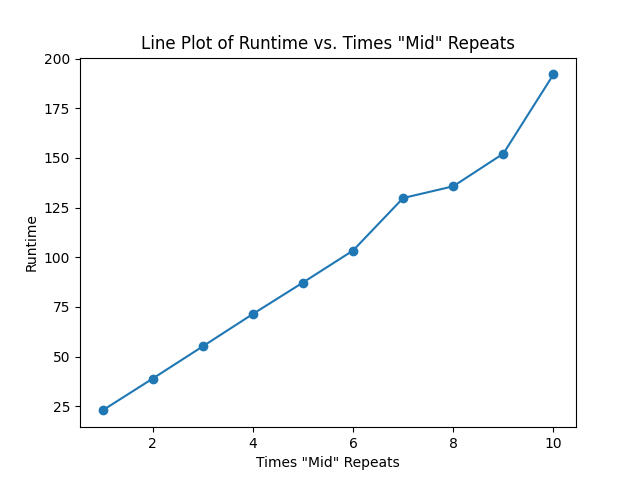
Repository: kingsoneight/CS350-Computer-System
Script's output: python hw7/EVAL/1a.py
An editor plug-in stored every save of this project. The script's output is shown before and after the next save, followed by the edit.
Random numbers start from a fixed seed.

Above is the script's output before, as saved 2023-12-04 22:32:11.

After the next save:
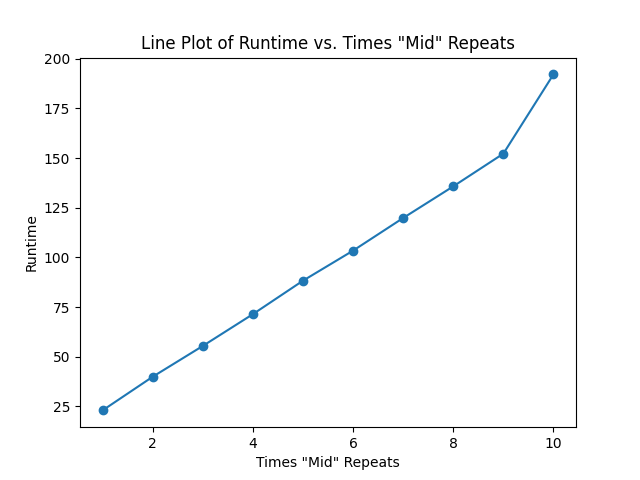
Saved 8 min 3 s later.
--- a/hw7/EVAL/1a.py
+++ b/hw7/EVAL/1a.py
@@ -2,8 +2,8 @@ import matplotlib.pyplot as plt
 
 # Sample data (replace with your own data)
 x_values = [1, 2, 3, 4, 5, 6, 7, 8, 9, 10]
-y_values = [22.9, 38.9, 55.14, 71.43, 87.27,
-            103.39, 129.82, 135.73, 152.19, 192.06]
+y_values = [23.03, 39.94, 55.44, 71.43, 88.27,
+            103.39, 119.82, 135.73, 152.19, 192.06]
 
 # Create the plot
 plt.plot(x_values, y_values, marker='o', linestyle='-')
